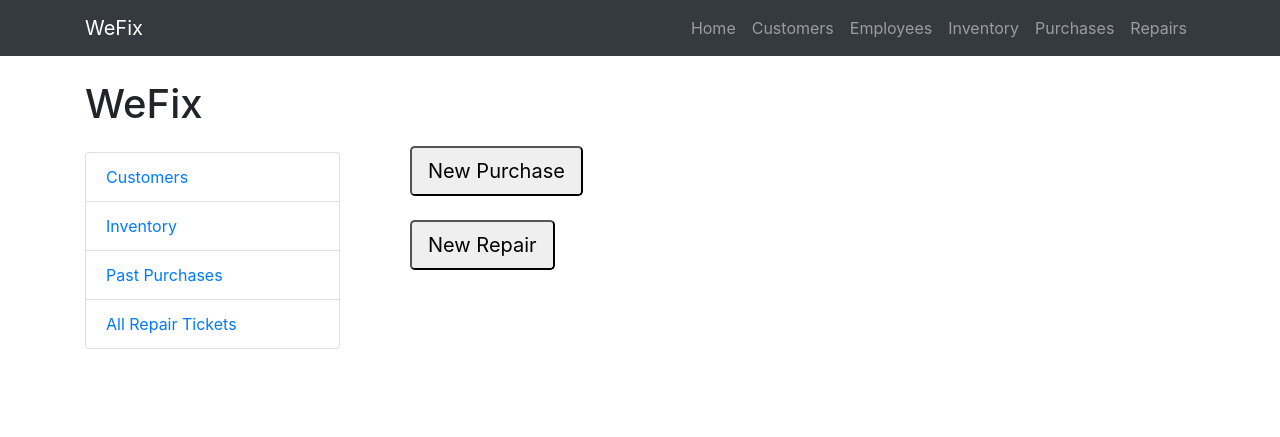
Repository: Map2g/WeFixPOS
Page: http://localhost/pages/index.php
The author's editor kept a record of every edit. The page is drawn from the files as they stood at one moment, then again after the next edit.
The browser window is 1280 px wide. The pictures show the whole page.
The page is run by PHP 8.4 with error messages shown; the project is at /var/www/html/. Other server files are loaded and not shown.

Above is the page before.

### pages/index.php
<?php include ('top.php'); session_start();?>

  <!-- Page Content -->
  <div class="container">

    <div class="row">

      <div class="col-lg-3">

        <h1 class="my-4">WeFix</h1>
        <div class="list-group">
          <a href="Customers.php" class="list-group-item">Customers</a>

          <a href="Inventory.php" class="list-group-item">Inventory</a>
          <a href="Purchase.php" class="list-group-item">Past Purchases</a>
          <a href="Repairs.php" class="list-group-item">All Repair Tickets</a>

        </div>

      </div>
      <!-- /.col-lg-3 -->

      <div class="col-lg-9">

        <div class="row">

          <div class="col-lg-4 col-md-6 mb-4" style="top:90px; left:40px;">
              <a href="AddPurchaseForm.php"><button class="btn-lg">New Purchase</button></a>
          </div>
        </div>
        <!-- /.row -->
        <div class="row">
          <div class="col-lg-4 col-md-6 mb-4" style="top:90px; left:40px;">
            <a href="AddRepairFormGeneral.php"><button class="btn-lg">New Repair</button></a>
          </div>
        </div>

      </div>
      <!-- /.col-lg-9 -->



    </div>
    <!-- /.row -->

  </div>
  <!-- /.container -->

  <!-- Footer -->
  <!--<footer class="py-5 bg-dark fixed-bottom">-->
  <!--  <div class="container">-->
  <!--    <p class="m-0 text-center text-white">Copyright &copy; WeFix 2019</p>-->
  <!--  </div>-->
    <!-- /.container -->
  <!--</footer>-->

  <!-- Bootstrap core JavaScript -->
  <script src="vendor/jquery/jquery.min.js"></script>
  <script src="vendor/bootstrap/js/bootstrap.bundle.min.js"></script>

</body>

</html>

### pages/top.php
<!--Navbar included on every non-form page-->

<!DOCTYPE html>
<html lang="en">

<head>

  <meta charset="utf-8">
  <meta name="viewport" content="width=device-width, initial-scale=1, shrink-to-fit=no">
  <meta name="description" content="Database Project">
  <meta name="author" content="Team Wardia">

  <title>WeFix</title>

  <!-- Bootstrap core CSS -->
  <link href="vendor/bootstrap/css/bootstrap.min.css" rel="stylesheet">

  <!-- Custom styles for this template -->
  <link href="css/shop-homepage.css" rel="stylesheet">

</head>

<body>

  <!-- Navigation -->
  <nav class="navbar navbar-expand-lg navbar-dark bg-dark fixed-top">
    <div class="container">
      <a class="navbar-brand" href="index.php">WeFix</a>
      <h class="navbar-brand" style="color:#FFF; left:30px"></h>
      <button class="navbar-toggler" type="button" data-toggle="collapse" data-target="#navbarResponsive" aria-controls="navbarResponsive" aria-expanded="false" aria-label="Toggle navigation">
        <span class="navbar-toggler-icon"></span>
      </button>
      <div class="collapse navbar-collapse" id="navbarResponsive">
        <ul class="navbar-nav ml-auto">
          <li class="nav-item">
            <a class="nav-link" href="index.php">Home
              <span class="sr-only">(current)</span>
            </a>
          </li>
          <li class="nav-item">
            <a class="nav-link" href="Customers.php">Customers</a>
          </li>
          <li class="nav-item">
            <a class="nav-link" href="Employees.php">Employees</a>
          </li>
          <li class="nav-item">
            <a class="nav-link" href="Inventory.php">Inventory</a>
          </li>
          <li class="nav-item">
            <a class="nav-link" href="Purchase.php">Purchases</a>
          </li>
          <li class="nav-item">
            <a class="nav-link" href="Repairs.php">Repairs</a>
          </li>
        </ul>
      </div>
    </div>
  </nav>

<!--</html>-->

Loaded but not shown: css/shop-homepage.css (library)

After the next edit:
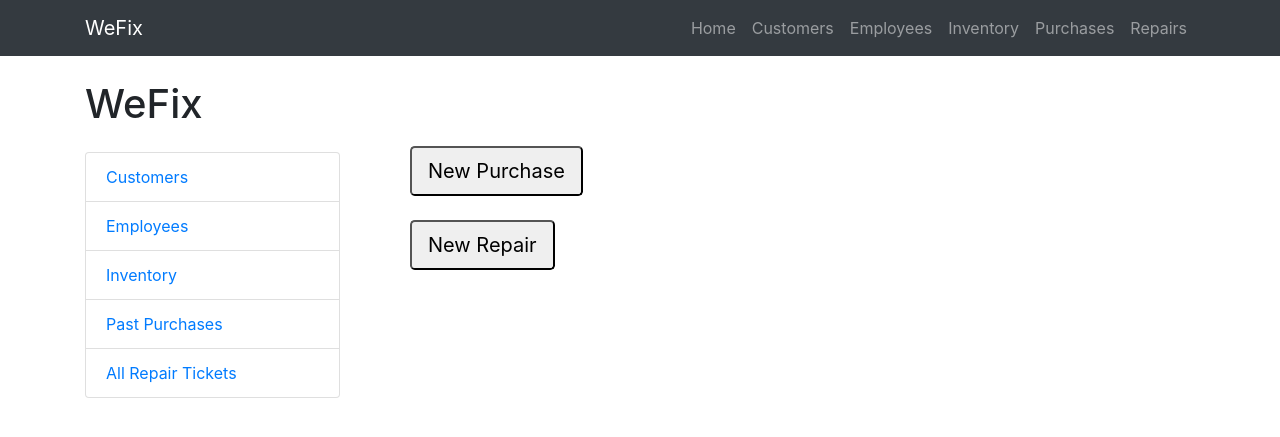
The edit:
--- a/pages/index.php
+++ b/pages/index.php
@@ -10,7 +10,7 @@
         <h1 class="my-4">WeFix</h1>
         <div class="list-group">
           <a href="Customers.php" class="list-group-item">Customers</a>
-
+          <a href="Employees.php" class="list-group-item">Employees</a>
           <a href="Inventory.php" class="list-group-item">Inventory</a>
           <a href="Purchase.php" class="list-group-item">Past Purchases</a>
           <a href="Repairs.php" class="list-group-item">All Repair Tickets</a>
